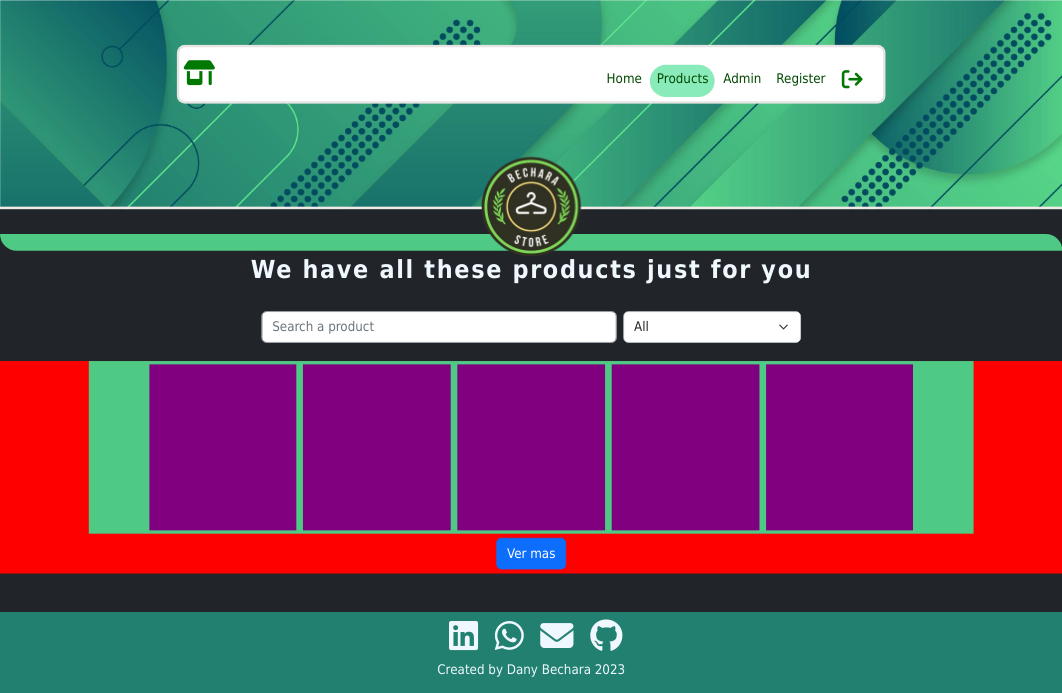
Repository: bechara611/becharastore
Page: /Products
An editor plug-in stored every save of this project. The page is shown before and after the next save, followed by the edit.
The browser window is 1280 px wide. The pictures show the whole page, at 83% of full size.
Backgrounds fixed to the window are drawn as part of the page. The project was rebuilt for these pictures with package versions that can differ from the ones it lists, and the page was loaded fresh each time. Some packages were replaced by stand-ins written for this rebuild. Also part of the build but not shown: src/hooks/useAuth.jsx, src/hooks/useForm.jsx, src/Auth/components/LoginAndRegister.css, src/Auth/components/Login.jsx, src/Auth/components/Register.jsx, src/UI/helper/ElementoActivo.js, src/UI/Components/FormularioContacto.css, src/UI/Components/FormularioContacto.jsx and 1 more.

Above is the page before, as saved 2023-02-02 09:10:42.

After the next save:
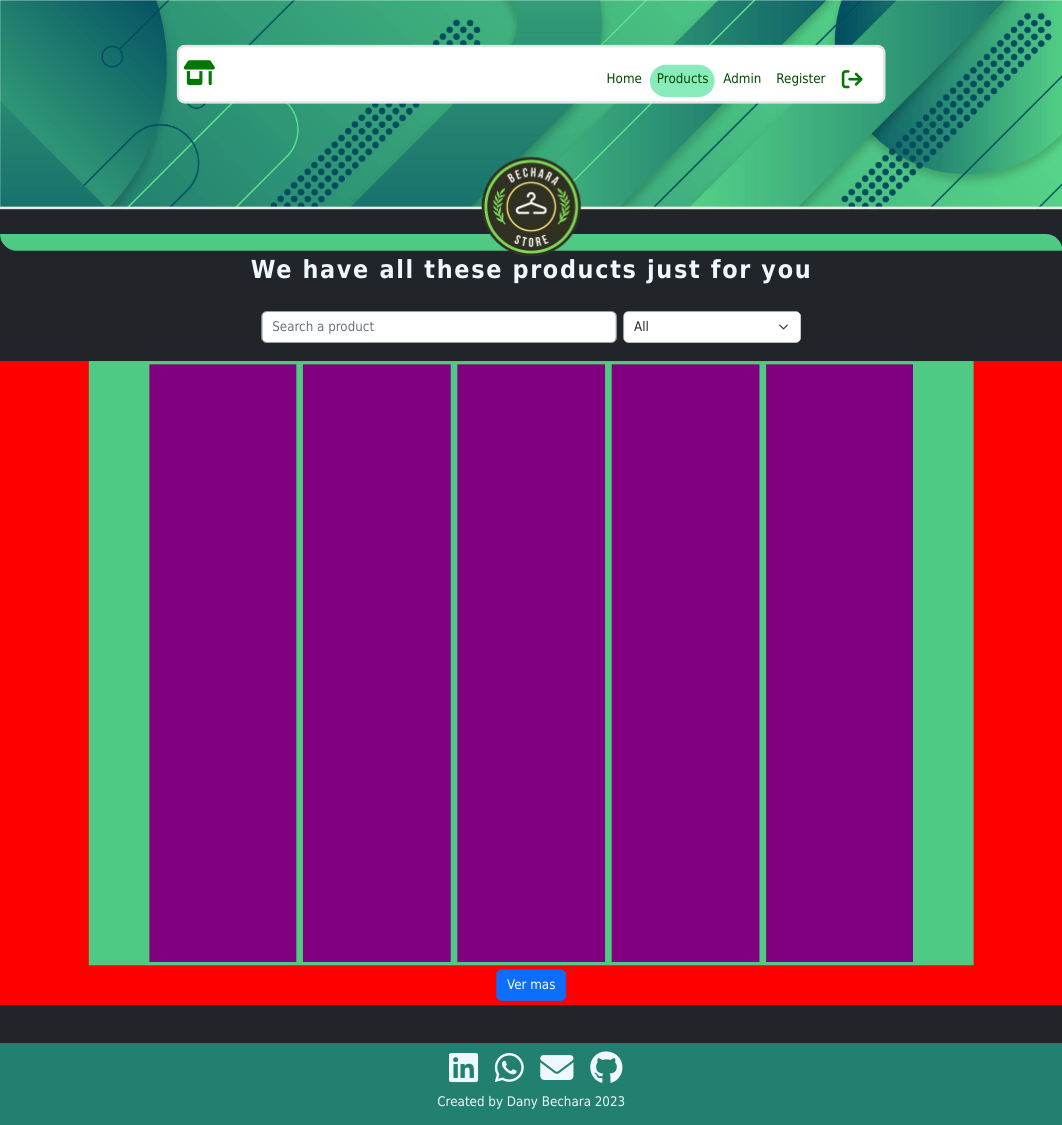
Saved 32 s later.
--- a/src/Products/components/ListadoProductos.css
+++ b/src/Products/components/ListadoProductos.css
@@ -42,7 +42,7 @@
     flex-wrap: wrap;
 }
 .contenedor-producto-hijoJr{
-    height: 200px;
+    height: 100vh;
     align-self: center;
 }
 
